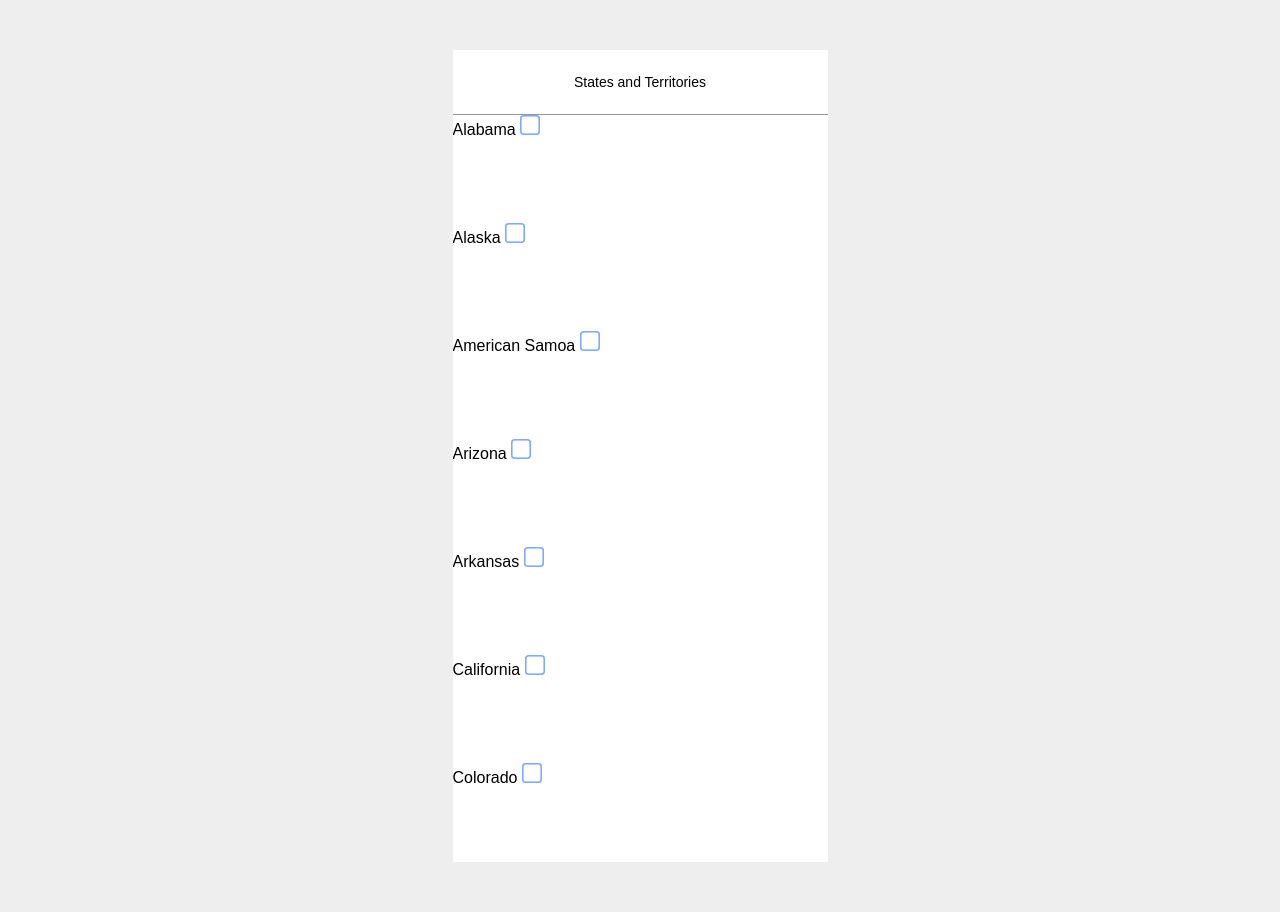
Repository: zitac234/codingTest
Page: /
An editor plug-in stored every save of this project. The page is shown before and after the next save, followed by the edit.
The browser window is 1280 px wide. The pictures show the whole page.
The project was rebuilt for these pictures with package versions that can differ from the ones it lists, and the page was loaded fresh each time.

Above is the page before, as saved 2021-03-31 15:06:00.

After the next save:
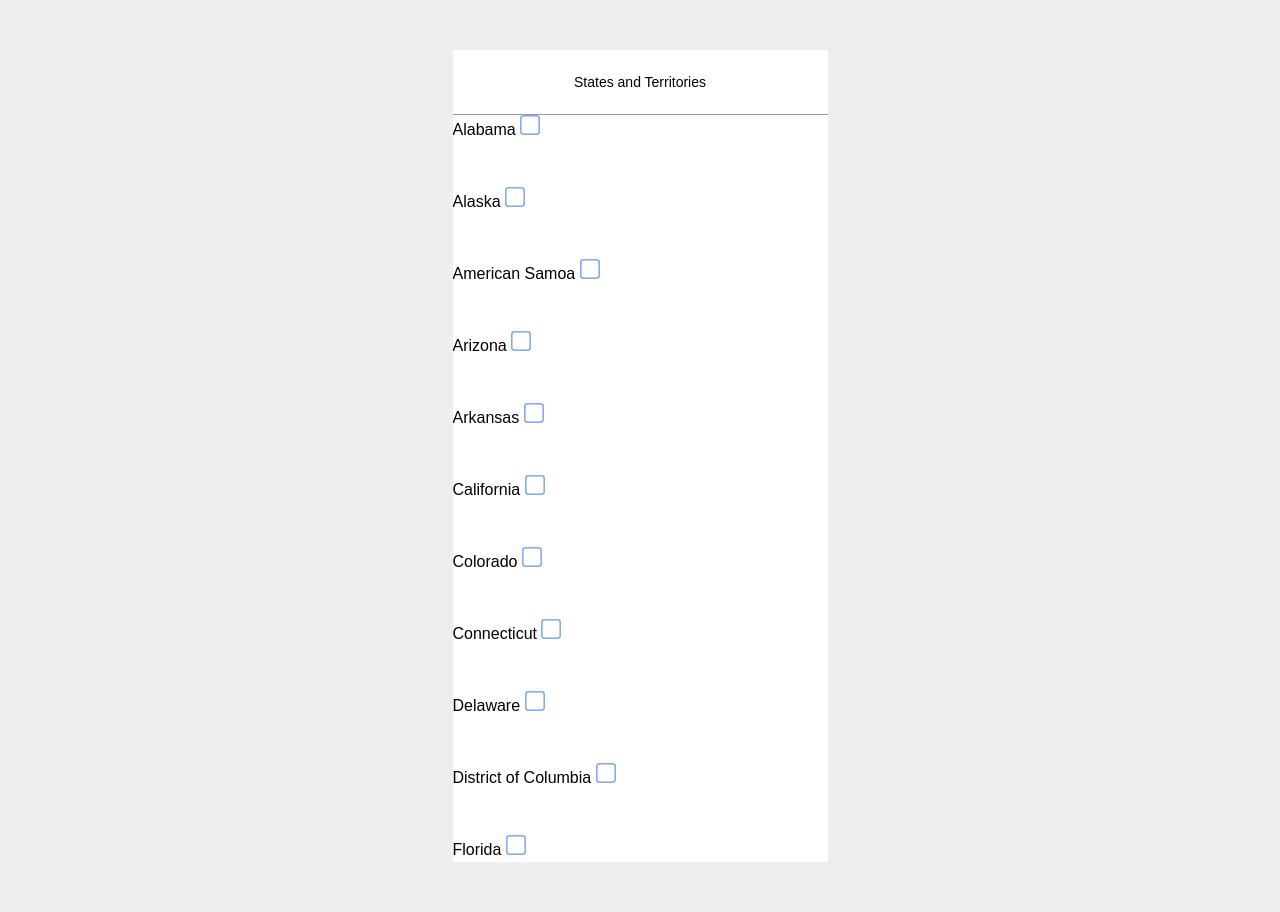
Saved 10 s later.
--- a/src/List.css
+++ b/src/List.css
@@ -3,5 +3,5 @@
   overflow: auto;
 }
 .state{
-  height: 15vh;
+  height: 10vh;
 }
